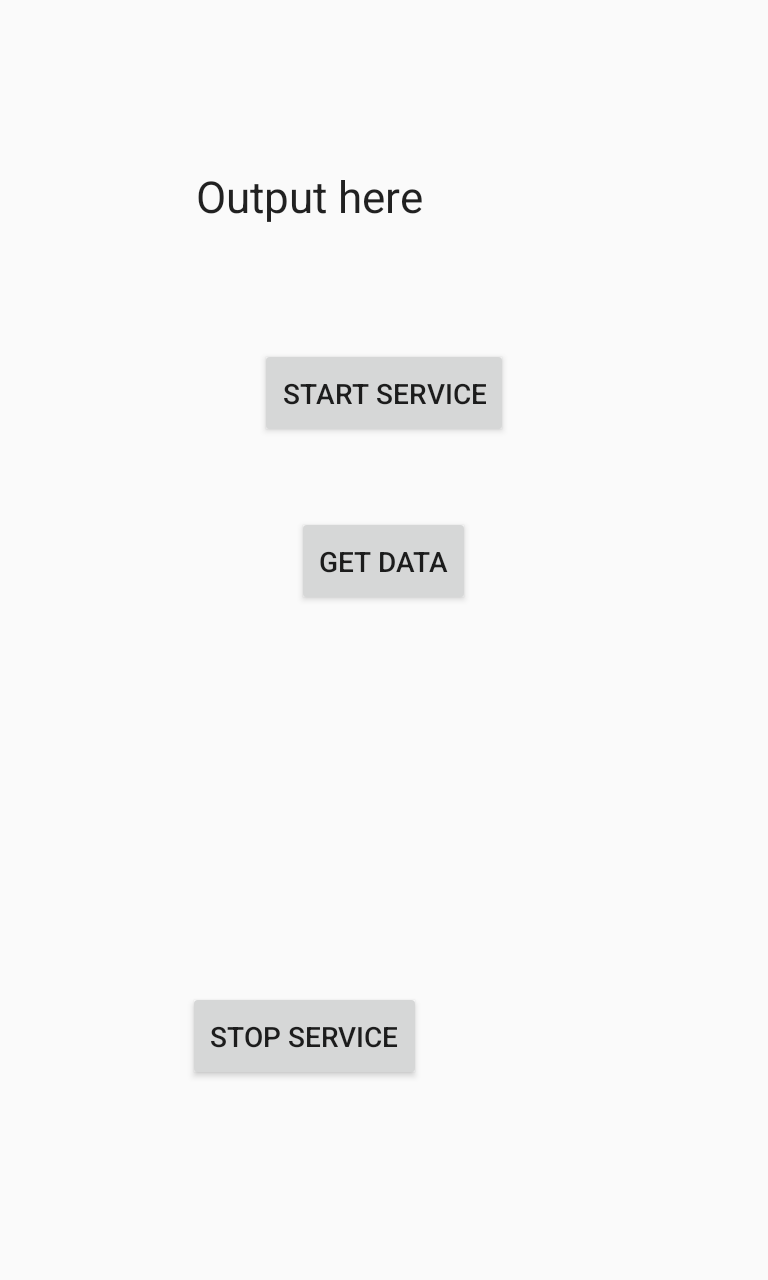
Repository: shivamgeek/Android-Code-Examples
Layout: boundServiceExample/res/layout/activity_main.xml
An editor plug-in stored every save of this project. The layout is shown before and after the next save, followed by the edit.
It is drawn on a 768 x 1280 px phone screen (xhdpi) without system bars, with theme AppTheme; the app's code is not run.

Above is the layout before, as saved 2015-12-03 05:17:47.

### boundServiceExample/res/layout/activity_main.xml
<RelativeLayout xmlns:android="http://schemas.android.com/apk/res/android"
    xmlns:tools="http://schemas.android.com/tools"
    android:layout_width="match_parent"
    android:layout_height="match_parent"
    android:paddingBottom="@dimen/activity_vertical_margin"
    android:paddingLeft="@dimen/activity_horizontal_margin"
    android:paddingRight="@dimen/activity_horizontal_margin"
    android:paddingTop="@dimen/activity_vertical_margin"
    tools:context="com.example.boundserviceexample.MainActivity" >

    <TextView
        android:id="@+id/tv"
        android:layout_width="wrap_content"
        android:layout_height="wrap_content"
        android:layout_alignParentLeft="true"
        android:layout_alignParentTop="true"
        android:layout_marginLeft="82dp"
        android:layout_marginTop="67dp"
        android:text="Output here"
        android:textAppearance="?android:attr/textAppearanceLarge" />

    <Button
        android:id="@+id/start"
        android:layout_width="wrap_content"
        android:layout_height="wrap_content"
        android:layout_below="@+id/tv"
        android:layout_centerHorizontal="true"
        android:layout_marginTop="60dp"
        android:text="Start Service" />

    <Button
        android:id="@+id/stop"
        android:layout_width="wrap_content"
        android:layout_height="wrap_content"
        android:layout_alignParentBottom="true"
        android:layout_alignRight="@+id/tv"
        android:layout_marginBottom="82dp"
        android:text="Stop Service" />

    <Button
        android:id="@+id/data"
        android:layout_width="wrap_content"
        android:layout_height="wrap_content"
        android:layout_below="@+id/start"
        android:layout_centerHorizontal="true"
        android:layout_marginTop="36dp"
        android:text="Get Data" />

</RelativeLayout>

Loaded but not shown: boundServiceExample/res/values/styles.xml (common file); boundServiceExample/res/values-v11/styles.xml (common file); boundServiceExample/res/values-v14/styles.xml (common file); boundServiceExample/res/values/dimens.xml (common file); boundServiceExample/res/values-w820dp/dimens.xml (common file)

After the next save:
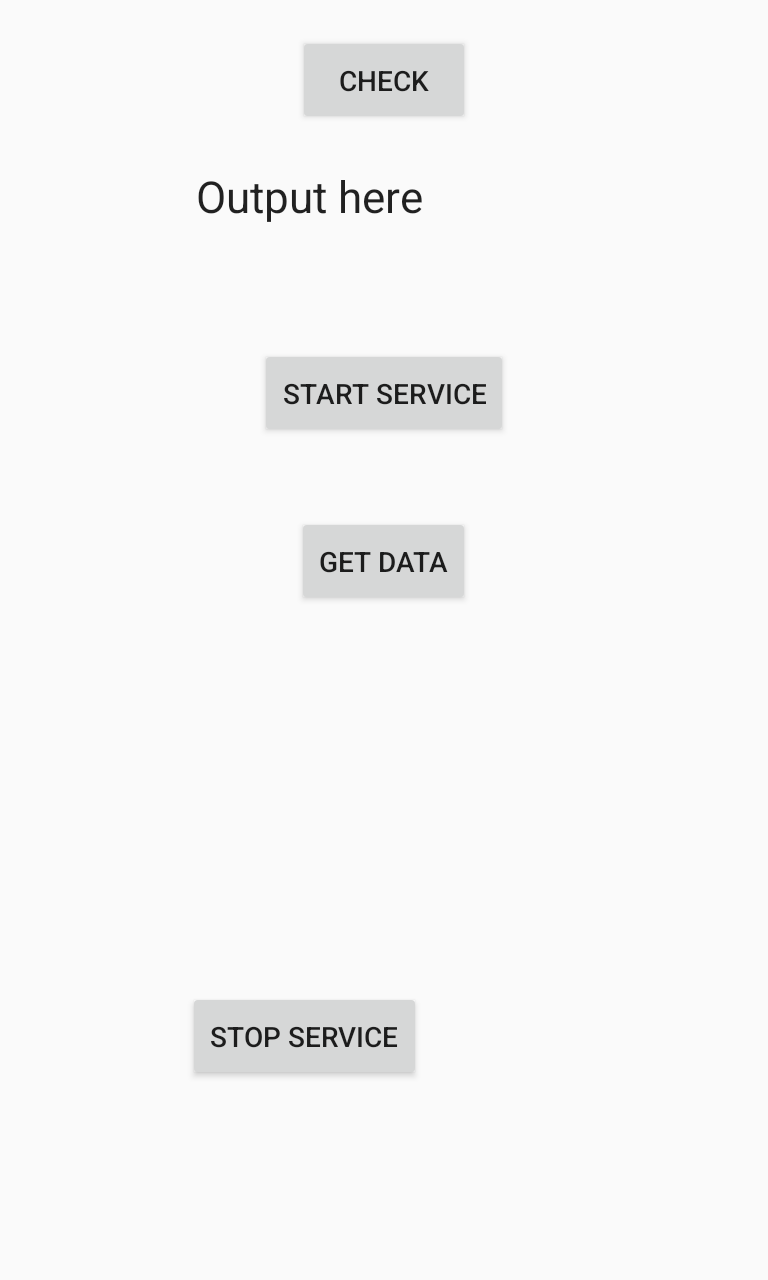
Saved 4 min 22 s later.
--- a/boundServiceExample/res/layout/activity_main.xml
+++ b/boundServiceExample/res/layout/activity_main.xml
@@ -46,4 +46,12 @@
         android:layout_marginTop="36dp"
         android:text="Get Data" />
 
+    <Button
+        android:id="@+id/check"
+        android:layout_width="wrap_content"
+        android:layout_height="wrap_content"
+        android:layout_alignParentTop="true"
+        android:layout_centerHorizontal="true"
+        android:text="Check" />
+
 </RelativeLayout>
